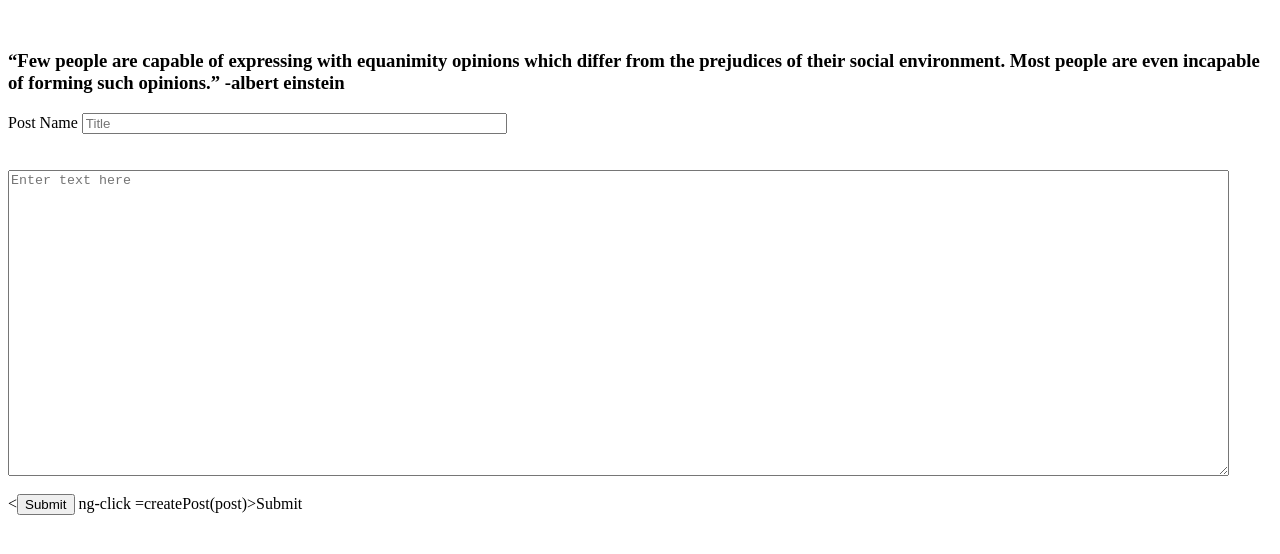
Repository: AnnieFisher/blog
Page: BlogMVC/WebContent/addPost.view.html
An editor plug-in stored every save of this project. The page is shown before and after the next save, followed by the edit.
The browser window is 1280 px wide. The pictures show the whole page.

Above is the page before, as saved 2016-12-18 05:05:47.

After the next save:
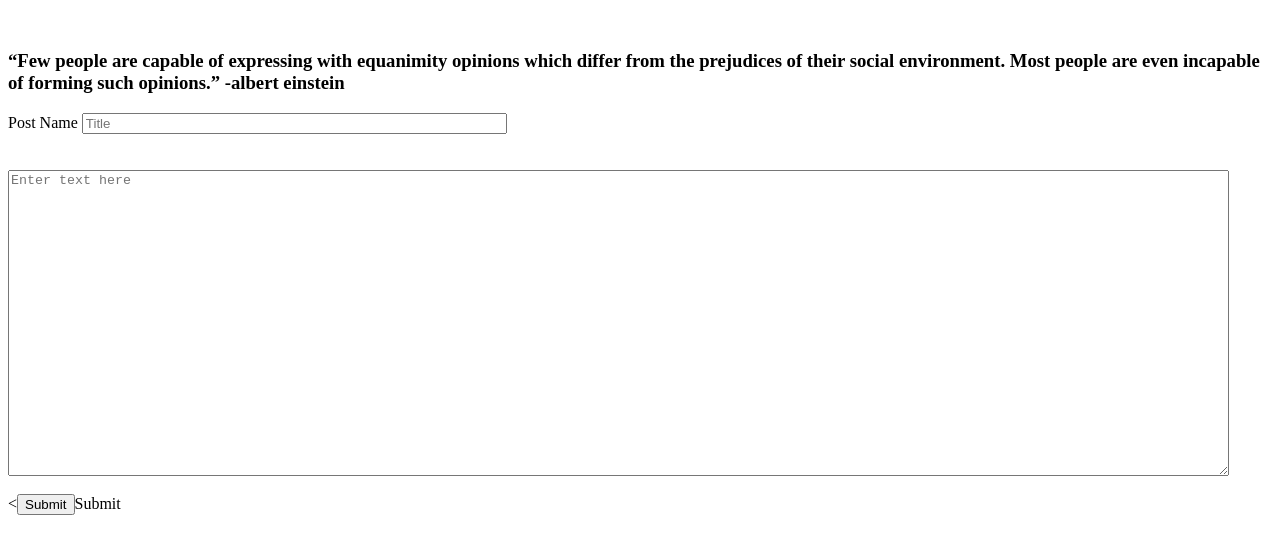
Saved 28 s later.
--- a/BlogMVC/WebContent/addPost.view.html
+++ b/BlogMVC/WebContent/addPost.view.html
@@ -11,7 +11,7 @@
 			wrap="hard" rows="20" cols="150"></textarea>
 		   <br><br>
 
-		   <<input type="submit" value="Submit"> ng-click =createPost(post)>Submit</button>
+		   <<input type="submit" value="Submit" ng-click =createPost(post)>Submit</button>
 		   </form>
 	   </div>
 	</div>
